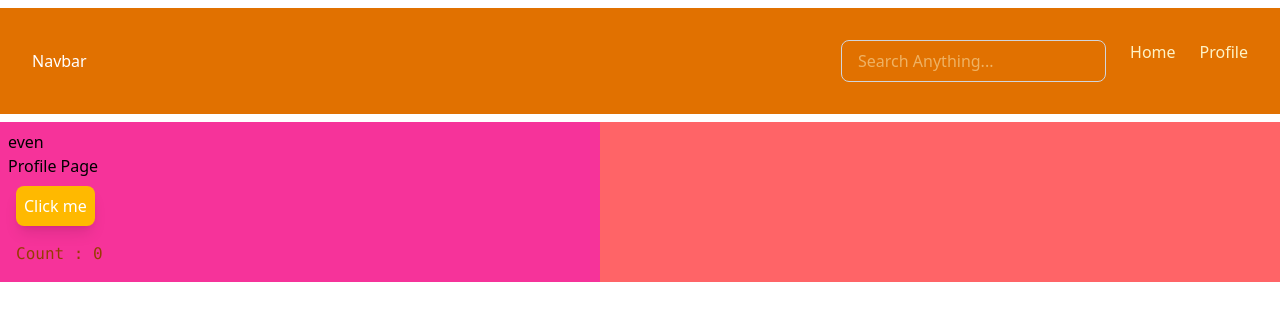
Repository: samit2059/CollegeReact
Page: / (app in react/collegereact/)
The author's editor kept a copy of each file at every save. The page is drawn from the files as they stood at one save, then again after a run of saves.
The browser window is 1280 px wide. The pictures show the whole page.
The project was rebuilt for these pictures with package versions that can differ from the ones it lists, and the page was loaded fresh each time. Also part of the build but not shown: react/collegereact/vite.config.js, react/collegereact/src/App.jsx, react/collegereact/src/navbar.jsx, react/collegereact/src/Props Example/First.jsx, react/collegereact/src/Props Example/Second.jsx.

Above is the page before, as saved 2026-01-21 11:06:24.

### react/collegereact/index.html
<!doctype html>
<html lang="en">
  <head>
    <meta charset="UTF-8" />
    <link rel="icon" type="image/svg+xml" href="/vite.svg" />
    <meta name="viewport" content="width=device-width, initial-scale=1.0" />
    <title>collegereact</title>
  </head>
  <body>
    <div id="root"></div>
    <script type="module" src="/src/main.jsx"></script>
  </body>
</html>

### react/collegereact/src/main.jsx
import { StrictMode } from "react";
import { createRoot } from "react-dom/client";
import "./index.css";
import App from "./App.jsx";
import Navbar from "./navbar.jsx";
import Nav1 from "./nav1.jsx";
import First from "./Props Example/First.jsx";
// import Profile from "./profile.jsx";
import Profile from "./StateExamples/profile.jsx";
import Second from "./Props Example/Second.jsx";
// import Home from './Home.jsx'
// import { Second } from './Home.jsx'

// let myObj = {
//   address: "ktm",
//   age: 23,
//   fullName: "rams"
// }
// let profile = {
//   username:"Samit Shrestha",
//   email:"shrestha@gmail.com",
//   age:18,
//   address:"Bhaktapur",
// };
createRoot(document.getElementById("root")).render(
  <StrictMode>
    {/* <Navbar /> */}
    <Nav1 />
    {/* <First address={"BKT"} age={33} fullName="motorcycle" /> */}
    {/* <First {...myObj} /> */}
    <Profile />
    {/* <App /> */}
    {/* <Second /> */}
    {/* <Home />   */}
  </StrictMode>
);

### react/collegereact/src/index.css
@import "tailwindcss";

/* in index.css (after tailwind layers) */
/* .tw-root .btn {
  @apply px-4 py-2 bg-blue-500 text-white rounded;
} */

### react/collegereact/src/nav1.jsx
import React from 'react';
import './navbar.css'

const Nav1 = () => {
  let handleProfile = (e) => {
    e.target.style.color = "red";
    e.target.style.backgroundColor = "black"
    console.log("profile clicked");
    console.log(e.target.style);
    /*
    let event ={
     target:{
        value:"Profile",
        style:{
            color:"red",
            backgroundColor:"black"
        }
     }
    } */
  }
  let handleChangeOnsearch = (e) => {
    console.log(e.target.value);
    // e.target.style.backgroundColor = "black"
    e.target.style.color = "red"
    let l = e.target.value;
    console.log(l.length);
    let random1 = Math.floor(Math.random() * 255);
    let random2 = Math.floor(Math.random() * 255);
    let random3 = Math.floor(Math.random() * 255);

    e.target.style.backgroundColor = `rgb(${random1}, ${random2}, ${random3})`
    console.log(random1);
    console.log(random2);
    console.log(random3);
  }
  return (
    <div className=' !p-8 !my-2 flex bg-amber-600 text-amber-100 justify-between items-center'>
      <h1 className='navelement'>Navbar</h1>
      <div className='menus flex gap-6'>
        <div className='max-w-md mx-auto '>
            <input placeholder='Search Anything...' onChange={handleChangeOnsearch} className='w-full px-4 py-2 border border-gray-300 rounded-lg focus:ring-2 focus:ring-blue-500 focus:border-transparent outline-none transition-all'/>
        </div>
        <h4 onClick={(e) => {
          console.log("home clicked");
          console.log(e.target);

        }}>Home</h4>
        <h4 onClick={handleProfile}>Profile</h4>
      </div>
    </div>
  )
}

export default Nav1

### react/collegereact/src/StateExamples/profile.jsx
import { useState } from "react"

let Profile = () =>{
    const [count, setCount] = useState(0);
    return (
        <div className="items-center justify-center bg-red-400">
        <div className="p-2 bg-pink-500 w-[600px] items-center justify-center">
            {count%2 == 0 ? <h2>even</h2> : <h2>ODD</h2>}
            <h1>Profile Page</h1>
            <button onClick={() => setCount(count+1)} className="p-2 m-2 bg-amber-400 font-medium rounded-lg shadow-lg text-white">Click me</button>
            <p className="p-2 text-amber-800 font-mono ">Count : {count}</p>
        </div>
        </div>
    )
}

export default Profile

### react/collegereact/src/navbar.css


.navelement {
    color: white;
}

.navelement:hover {
    color: aliceblue;
}

.navbar {
    /* padding: 30px 20px; */
}

After the next 2 saves:
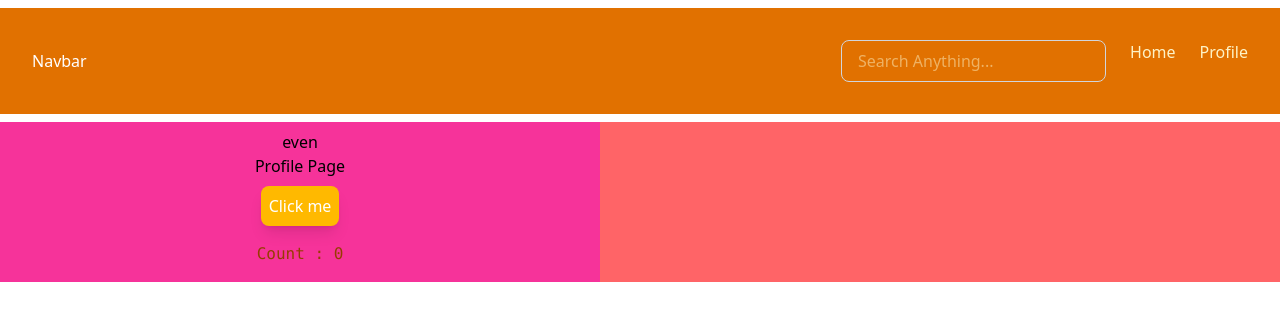
The 2 saves are shown as one change because they came seconds apart.
The last was saved 15 s later.
--- a/react/collegereact/src/StateExamples/profile.jsx
+++ b/react/collegereact/src/StateExamples/profile.jsx
@@ -3,7 +3,7 @@ import { useState } from "react"
 let Profile = () =>{
     const [count, setCount] = useState(0);
     return (
-        <div className="items-center justify-center bg-red-400">
+        <div className="items-center justify-center bg-red-400 text-center">
         <div className="p-2 bg-pink-500 w-[600px] items-center justify-center">
             {count%2 == 0 ? <h2>even</h2> : <h2>ODD</h2>}
             <h1>Profile Page</h1>
